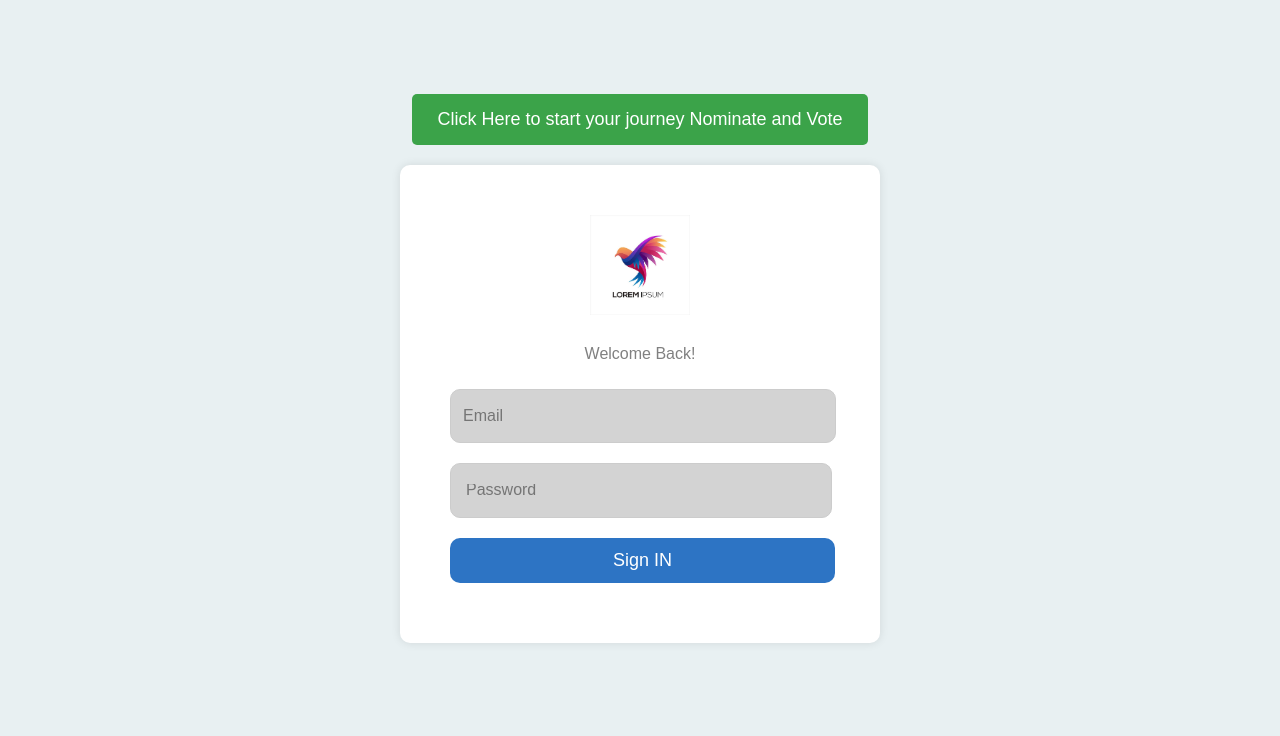
Repository: Femi007-gh/welcome
Page: index.html
The author's editor kept a copy of each file at every save. The page is drawn from the files as they stood at one save, then again after a run of saves.
The browser window is 1280 px wide. The pictures show the whole page.
Some web libraries are served in a nearby version.

Above is the page before, as saved 2025-03-10 18:30:18.

After the next 2 saves:
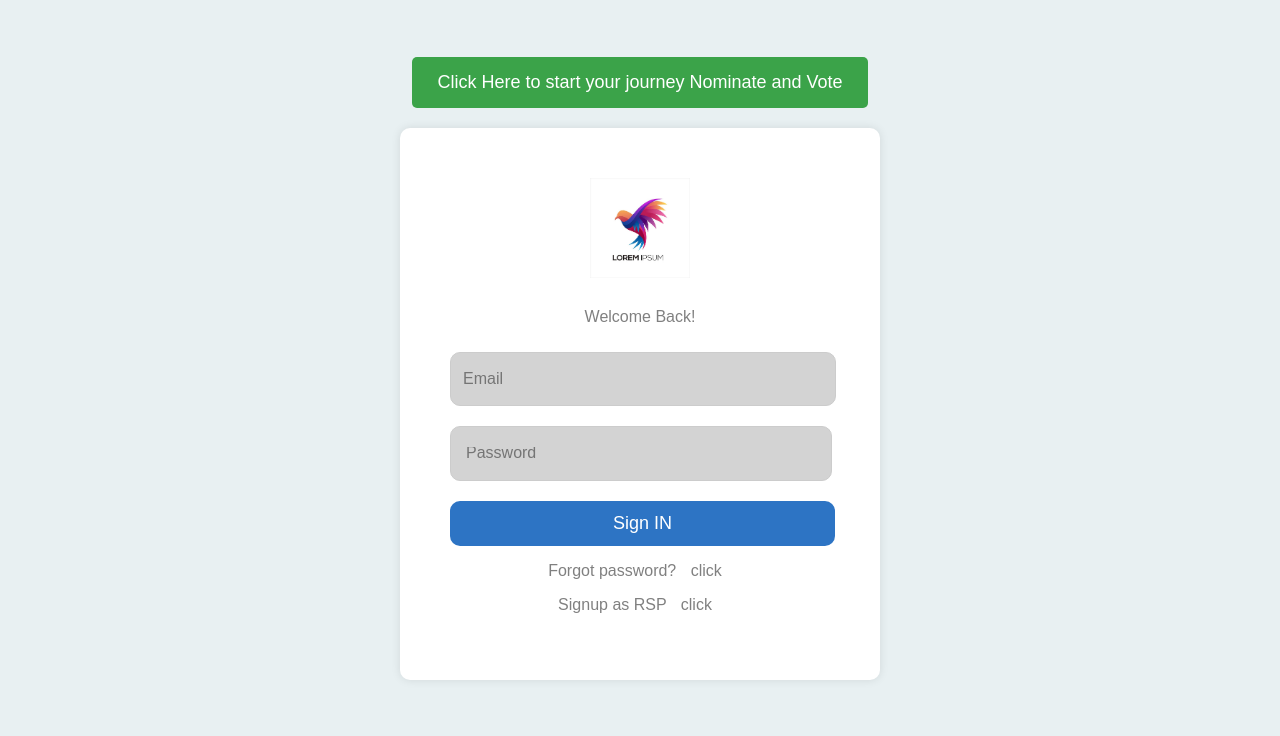
The 2 saves are shown as one change because they came seconds apart.
The last was saved 9 s later.
--- a/index.html
+++ b/index.html
@@ -118,8 +118,14 @@
         </div>
         <button class="sign-in-button">Sign IN</button>
         <div class="links">
-
-
+          <p class="forgot">
+            Forgot password?
+          <a href="#">click</a>
+          </p>
+          <p class="sign-up">
+            Signup as RSP
+            <a href="#">click</a>
+          </p>
         </div>
     </div>
 </body>
